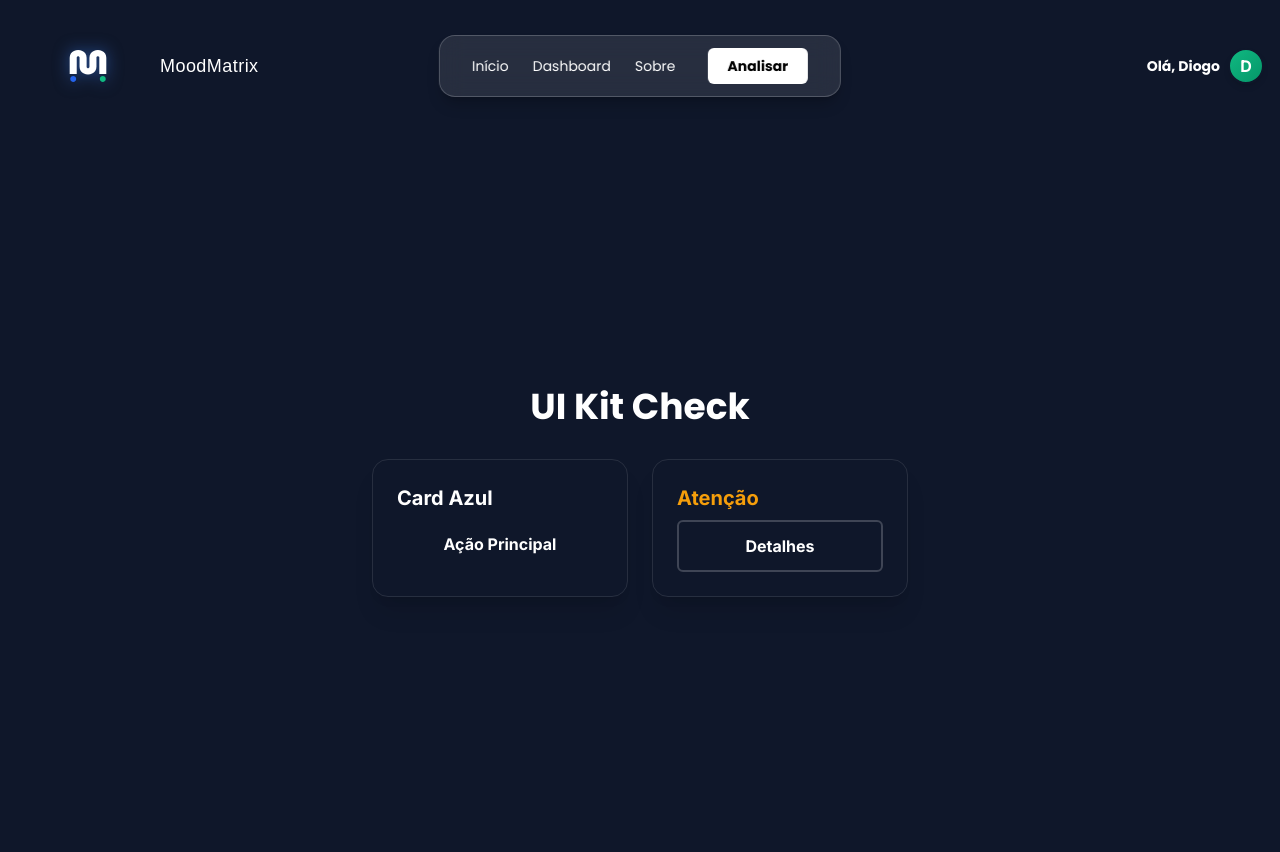
Repository: Hackaton-ONE/hackathon-Frontend
Page: /
These files come from the project's save history. The page is drawn as it stood at one moment and after the next save; the edit follows.
The browser window is 1280 px wide. The pictures show the whole page.
Some web fonts or font styles are not loaded; a fallback is used. The project was rebuilt for these pictures with package versions that can differ from the ones it lists, and the page was loaded fresh each time. The framework's server and built-in components were replaced by stand-ins that run in the browser. Also part of the build but not shown: next.config.ts.

Above is the page before, as saved 2026-01-02 08:49:37.

After the next save:
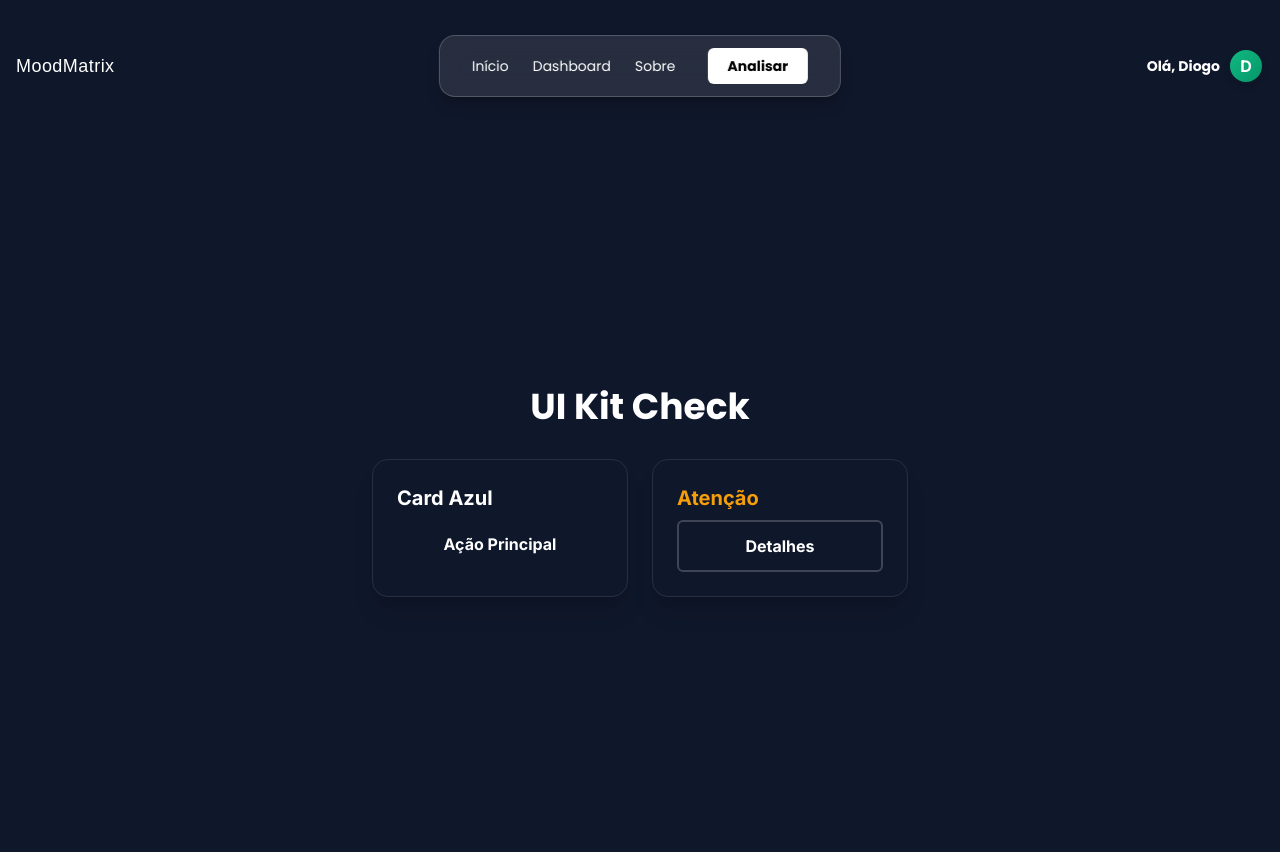
Saved 24 s later.
--- a/components/Navbar.tsx
+++ b/components/Navbar.tsx
@@ -28,7 +28,7 @@ export function Navbar() {
             1. LOGO (Lado Esquerdo)
            ======================= */}
         <Link href="/" className="flex items-center gap-0 z-50 group">
-          <div className="relative w-36 h-8 flex items-center justify-center">
+          <div className="relative w-suut0 h-8 flex items-center justify-center">
             <Image
             src="/logo.svg"
             alt="Logo MoodMatrix"
